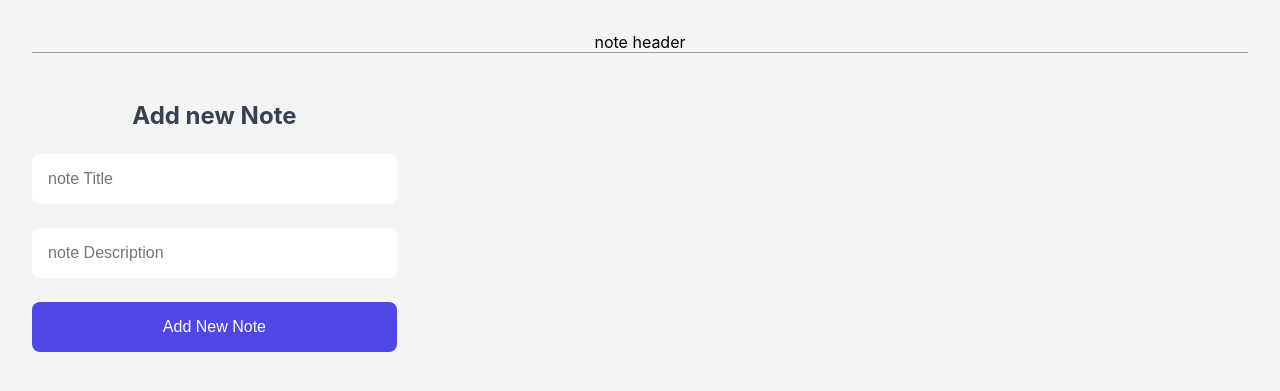
Repository: nikooshahbazi/shahbaziProjects
Page: / (app in dynamicData/)
An editor plug-in stored every save of this project. The page is shown before and after a run of saves, followed by the edit.
The browser window is 1280 px wide. The pictures show the whole page.
The project was rebuilt for these pictures with package versions that can differ from the ones it lists, and the page was loaded fresh each time. Also part of the build but not shown: dynamicData/vite.config.js.

Above is the page before, as saved 2024-02-17 18:33:08.

After the next 7 saves:
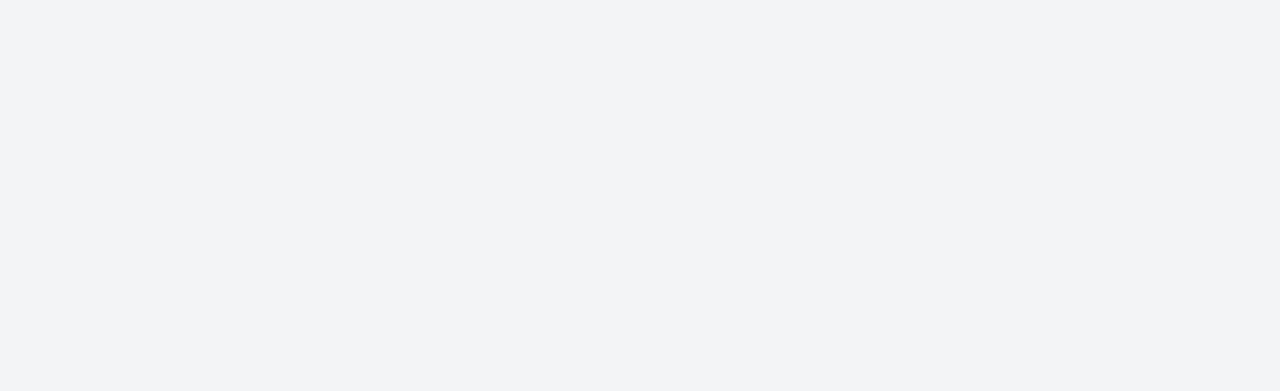
Console error: ReferenceError: note is not defined
The 7 saves are shown as one change because they came seconds apart.
The last was saved 17 s later.
--- a/dynamicData/src/components/NoteList.jsx
+++ b/dynamicData/src/components/NoteList.jsx
@@ -1,7 +1,7 @@
 function NoteList({ notes }) {
   return (
     <div className="note-list">
-
+        {notes.map((note))}
     </div>
   )
 }

After the 5 saves that followed:
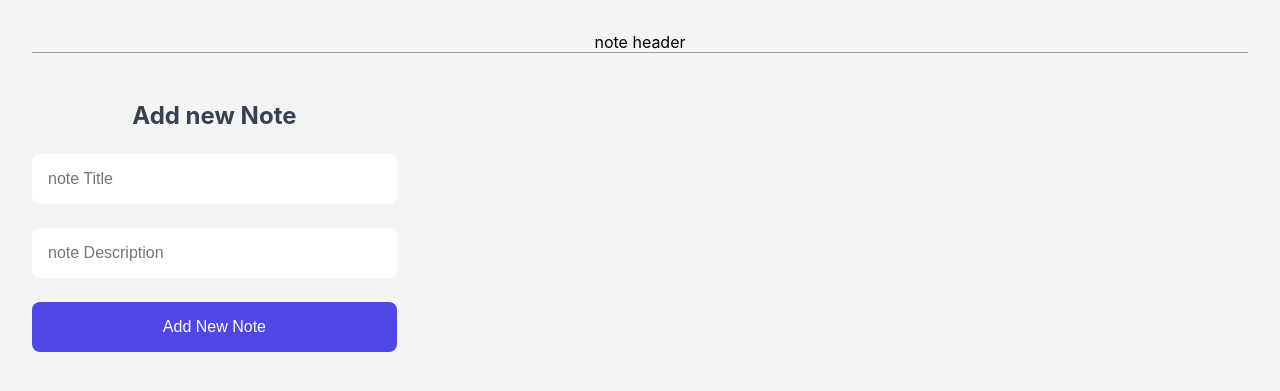
The error is gone.
The 5 saves are shown as one change because 1 did not build or start and some came seconds apart.
The last was saved 16 s later.
--- a/dynamicData/src/components/NoteList.jsx
+++ b/dynamicData/src/components/NoteList.jsx
@@ -1,7 +1,9 @@
 function NoteList({ notes }) {
   return (
     <div className="note-list">
-        {notes.map((note))}
+        {notes.map((note) => {
+            <NoteItem />
+        })}
     </div>
   )
 }
